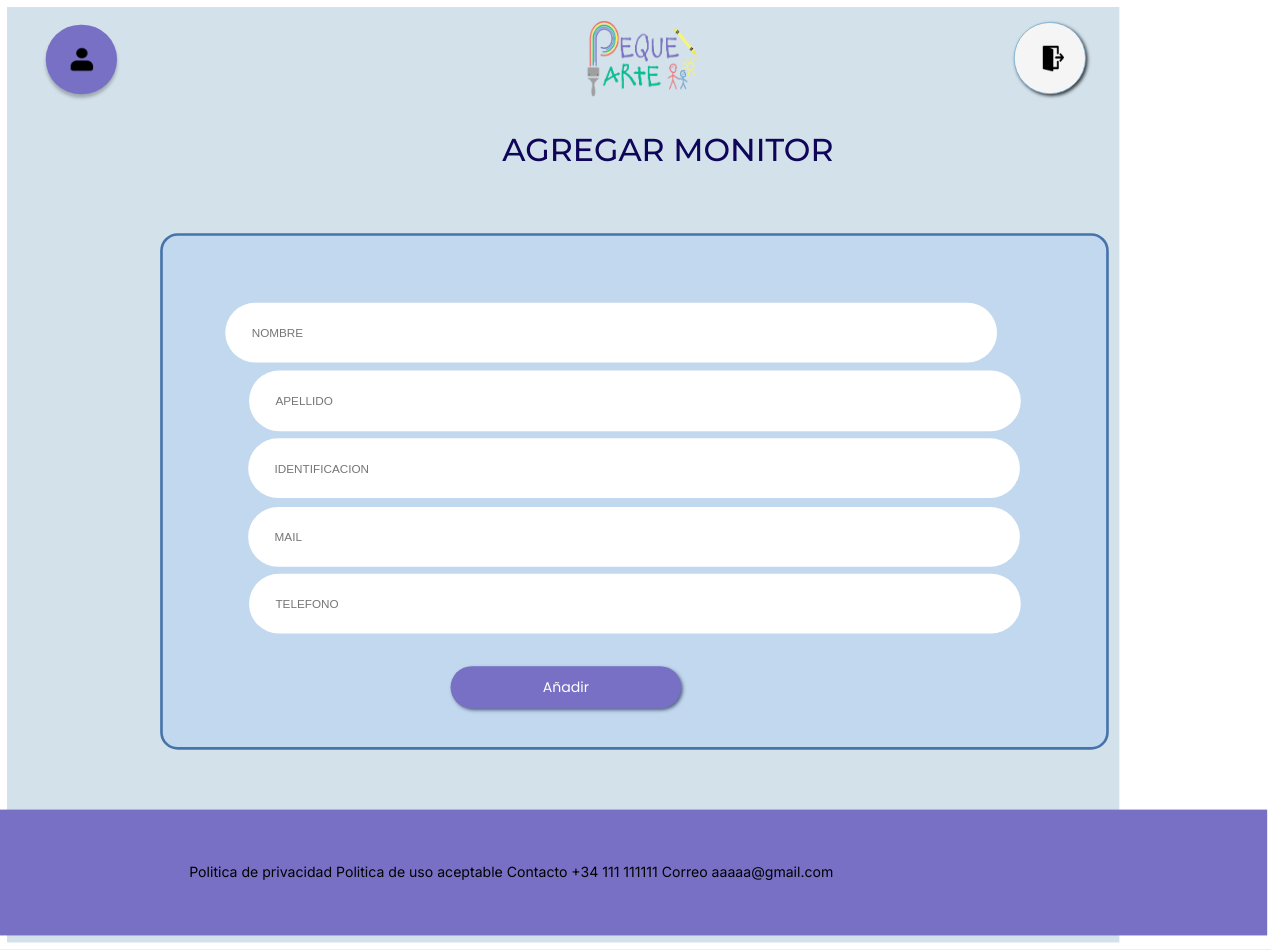
Repository: maariadomiingo/Proyecto-Integrador-Campamento
Page: html/agregarMonitor.html
These files come from the project's save history. The page is drawn as it stood at one moment and after the next save; the edit follows.
The browser window is 1280 px wide. The page is 1448 px wide, so the pictures cover 1448 px, including what lies to the right of the window. The pictures show the whole page, at 88% of full size.

Above is the page before, as saved 2025-02-13 11:13:45.

After the next save:
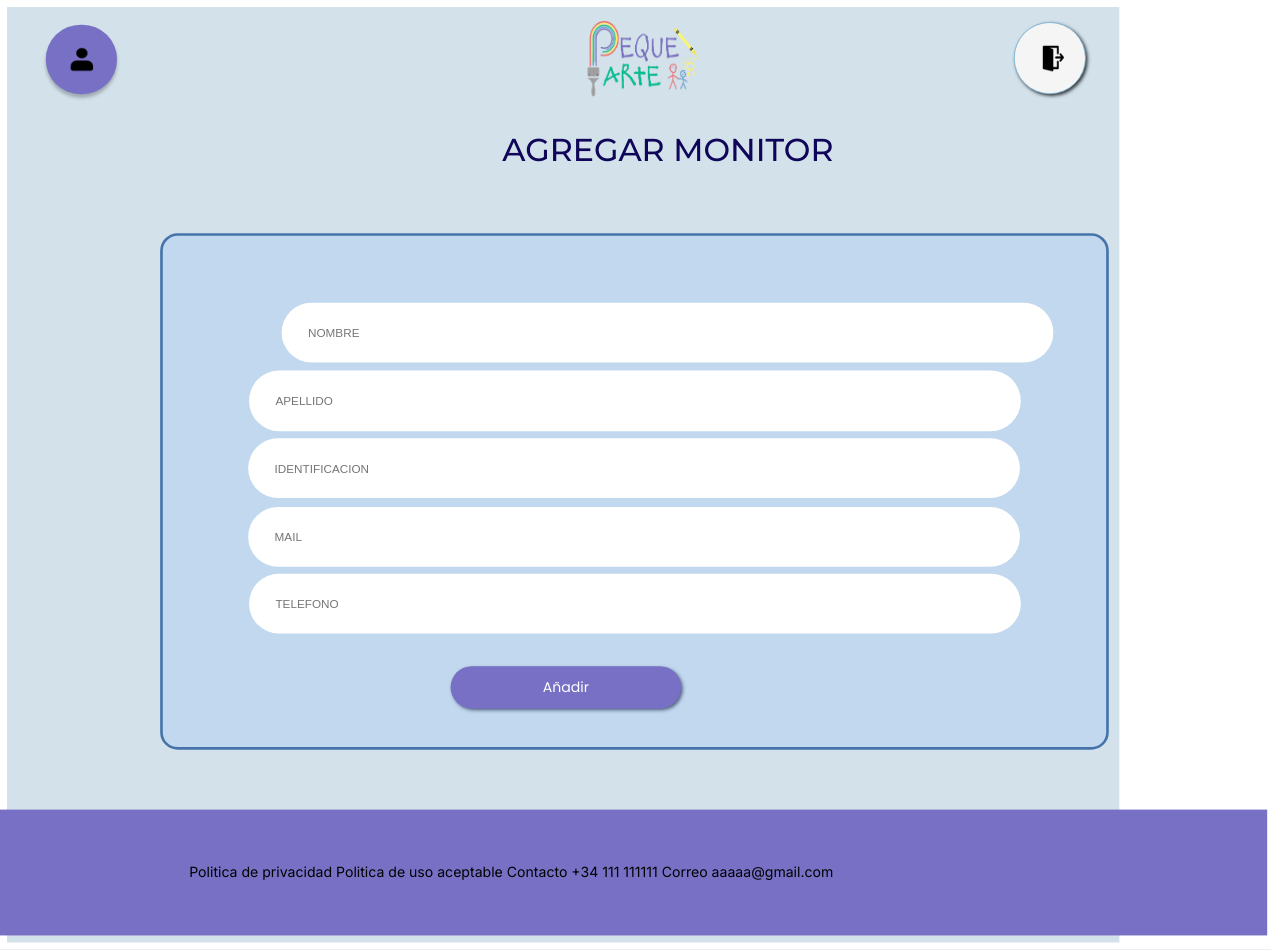
Saved 4 s later.
--- a/css/agregarMonitor.css
+++ b/css/agregarMonitor.css
@@ -123,7 +123,7 @@ button {
   width: 860px;
   height: 66px;
   top: 344px;
-  left: 20%;
+  left: 25%;
   cursor: pointer;
   background: #ffffff;
   border: none;
